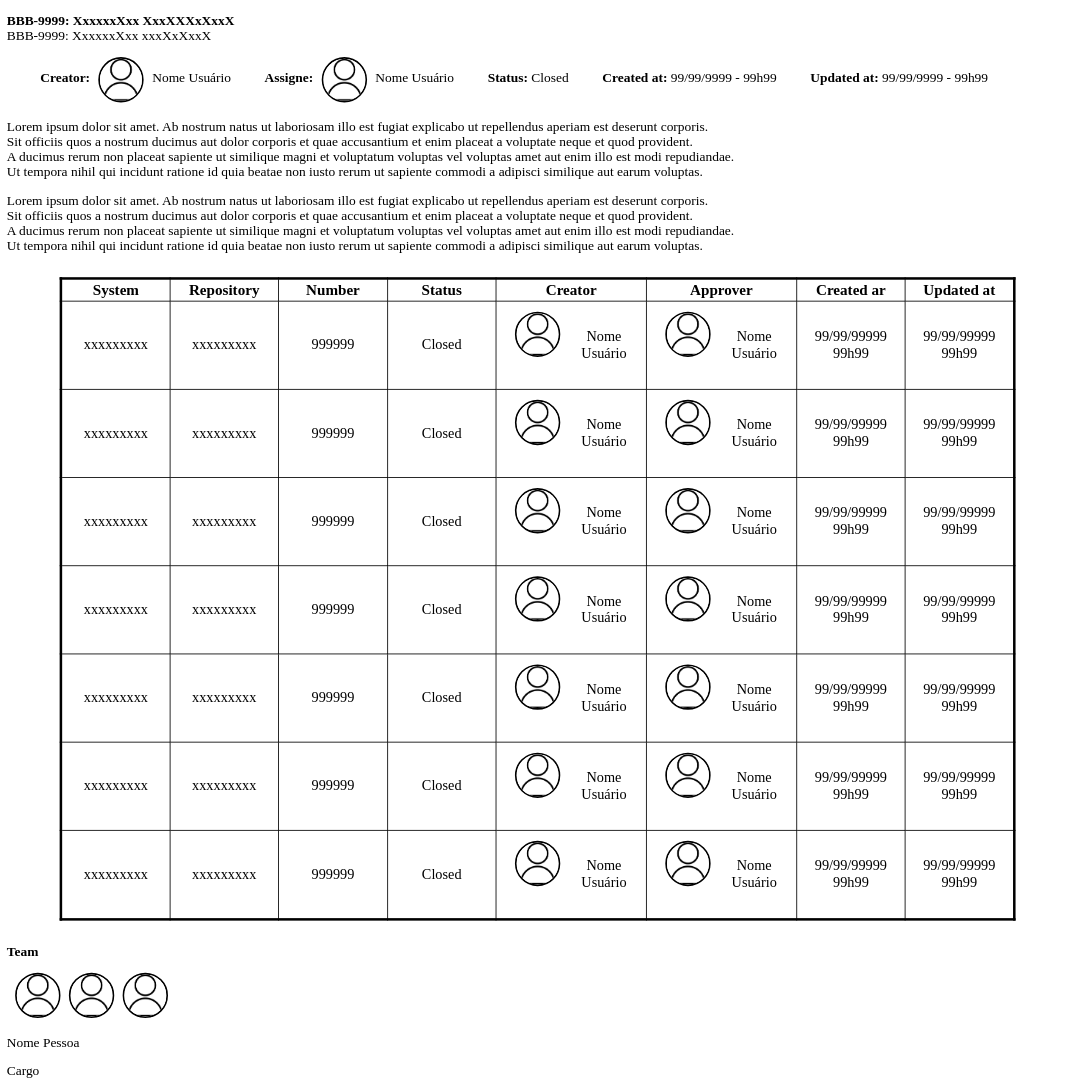
Repository: AnaBerlanda/PaginaFer
Page: index.html
An editor plug-in stored every save of this project. The page is shown before and after the next save, followed by the edit.
The browser window is 1280 px wide. The pictures show the whole page, at 84% of full size.

Above is the page before, as saved 2022-05-23 17:18:17.

After the next save:
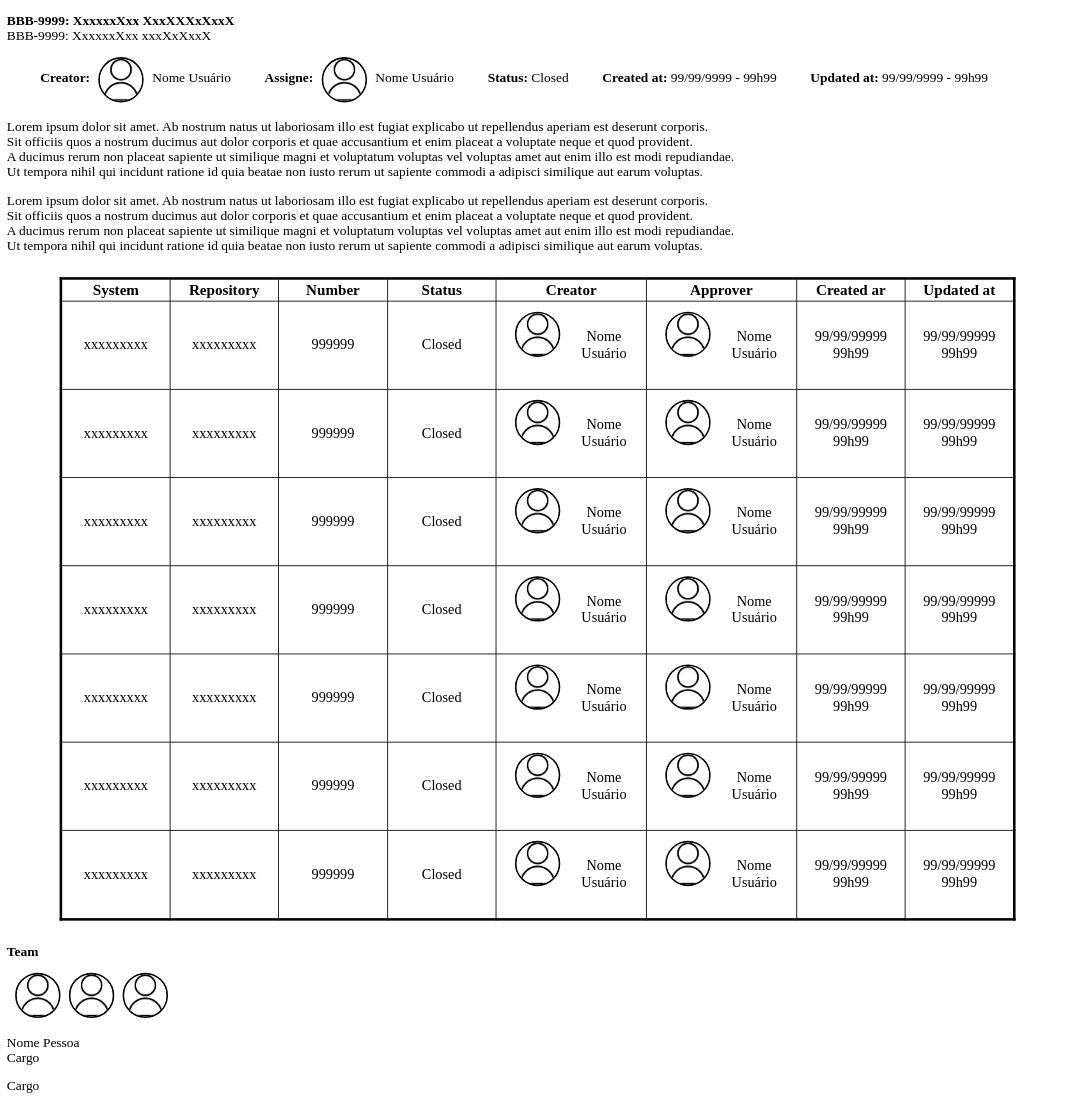
Saved 4 min 40 s later.
--- a/index.html
+++ b/index.html
@@ -269,7 +269,7 @@
 
     </div>
     <div class="textos-time">
-        <p class="nome">Nome Pessoa</p>
+        <p class="nome">Nome Pessoa <br>Cargo</p>
         <p class="cargo">Cargo</p>
 
     </div>

After the save that followed:
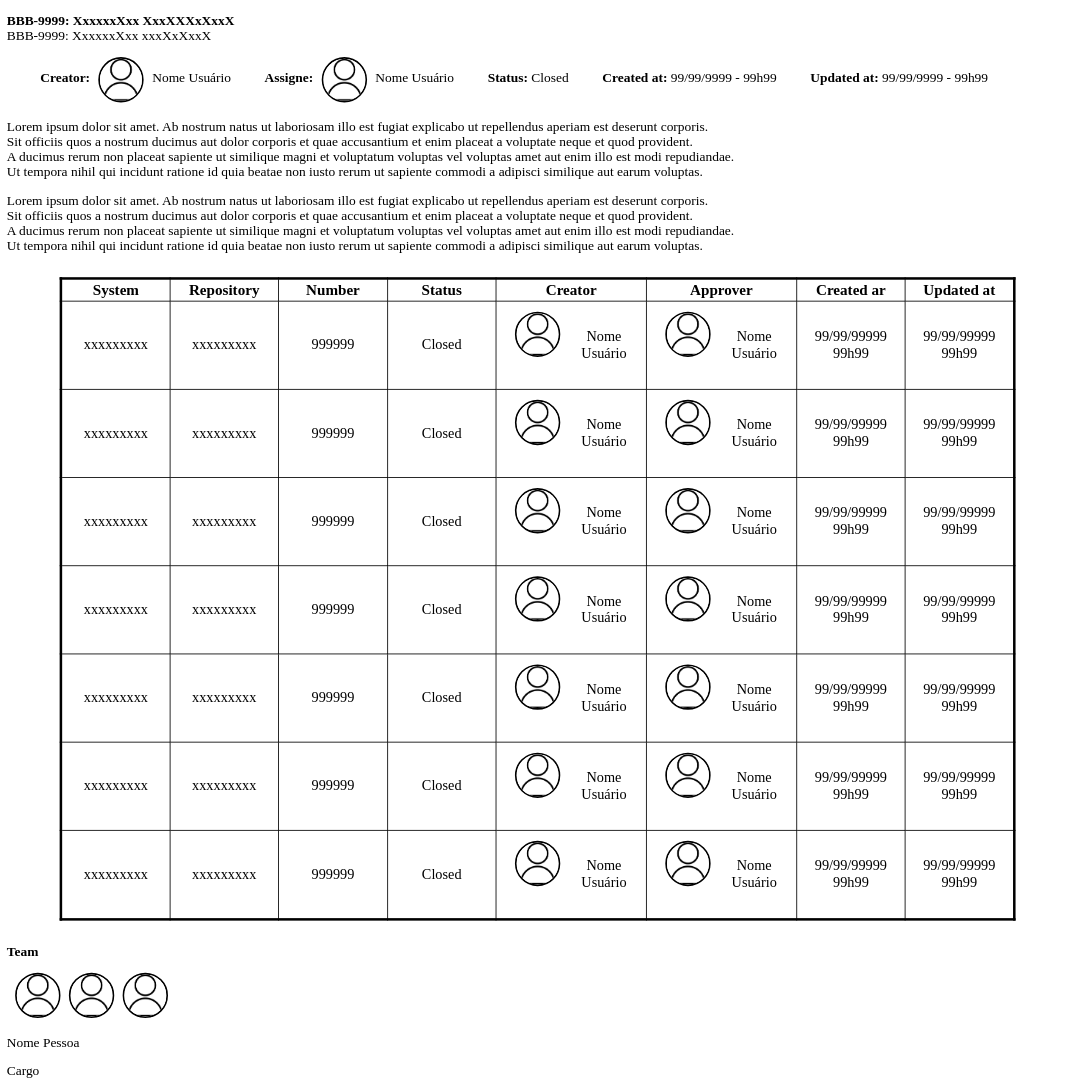
Saved 55 s later.
--- a/index.html
+++ b/index.html
@@ -269,7 +269,7 @@
 
     </div>
     <div class="textos-time">
-        <p class="nome">Nome Pessoa <br>Cargo</p>
+        <p class="nome">Nome Pessoa</p>
         <p class="cargo">Cargo</p>
 
     </div>
